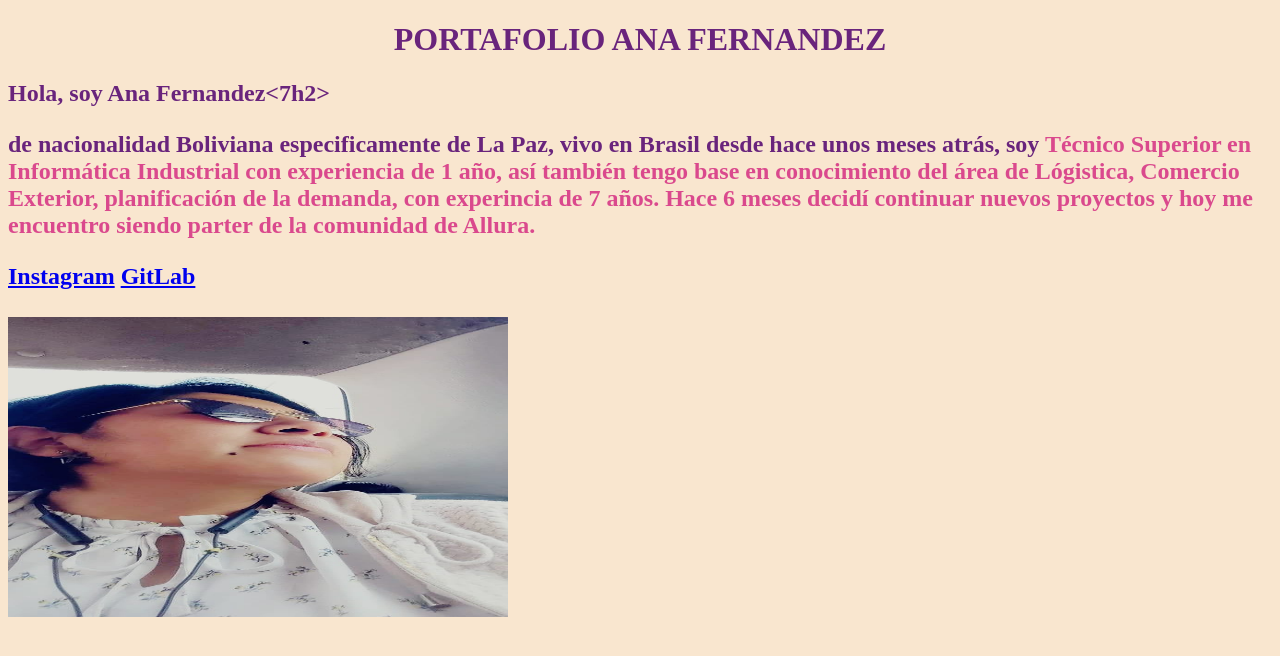
Repository: AnaFzCz/PROYECTOS-HTML---CSS2
Page: Portafolio/index.html
An editor plug-in stored every save of this project. The page is shown before and after the next save, followed by the edit.
The browser window is 1280 px wide. The pictures show the whole page.

Above is the page before, as saved 2025-01-23 06:42:19.

After the next save:
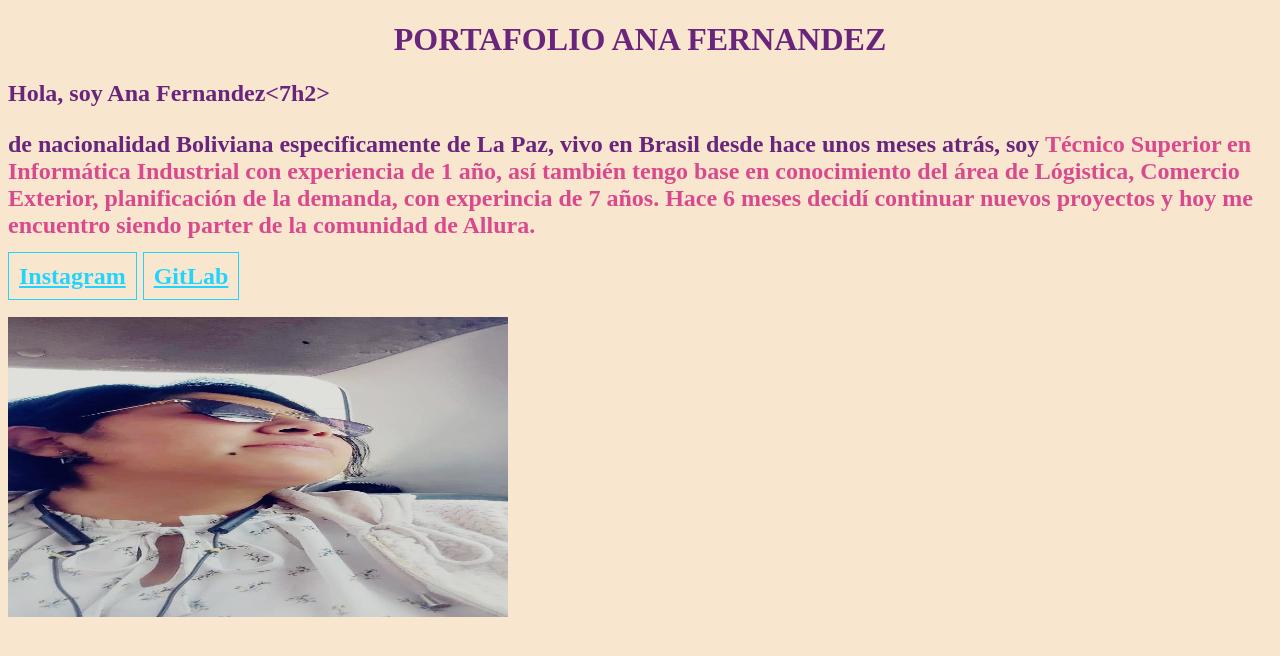
Saved 81 s later.
--- a/Portafolio/style.css
+++ b/Portafolio/style.css
@@ -6,6 +6,12 @@
 
 span{
     color:#DA498D;
+}
+
+a{
+    color: #22D4FD;
+    border: 1px solid #22D4FD;
+    padding: 10px;
 }
 /*h1 {
     color: #333333;
